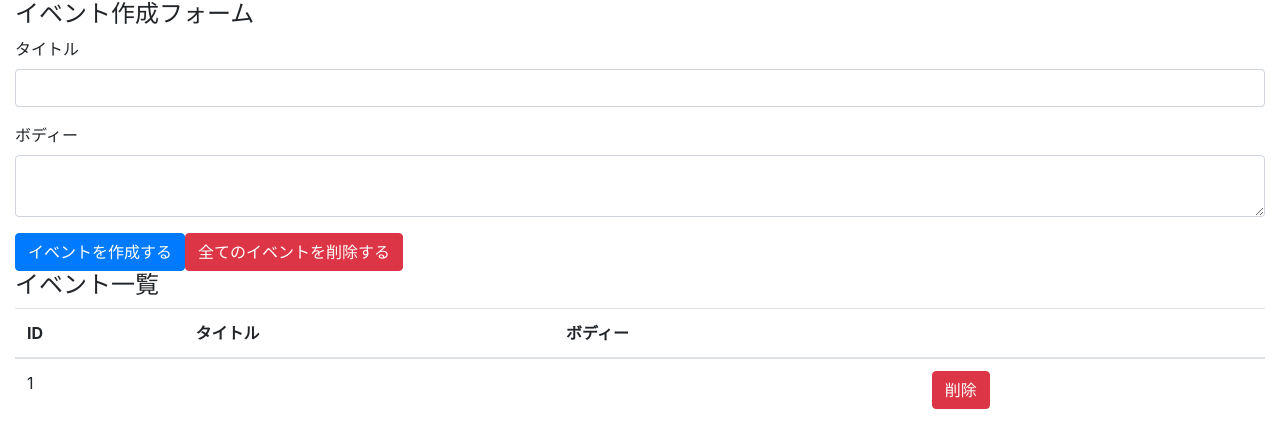
Repository: yujiuehara/my-app
Page: /, after clicking the first element matching `button.btn`
These files come from the project's save history. The page is drawn as it stood at one moment and after a run of saves; the edit follows.
The browser window is 1280 px wide. The pictures show the whole page.
The project was rebuilt for these pictures with package versions that can differ from the ones it lists, and the page was loaded fresh each time.

Above is the page before, as saved 2020-05-04 16:40:42.

### src/components/App.js
import React, { useReducer, useState } from 'react'

import 'bootstrap/dist/css/bootstrap.min.css'

import Event from './Event'
import reducer from '../reducers'

const App = () => {
  const [state, dispatch] = useReducer(reducer, [])
  const [title, setTitle] = useState('')
  const [body, setBody] = useState('')

  const addEvent = e => {
    e.preventDefault()

    dispatch({
     type: 'CREATE_EVENT',
     title,
     body
    })

    setTitle('')
    setBody('')
  }

  const deleteAllEvents = e => {
    e.preventDefault()
    dispatch({ type: 'DELETE_ALL_EVENTS' })
  }

  return (
    <div className="container-fluid">
      <h4>イベント作成フォーム</h4>
      <form>
        <div className="form-group">
          <label htmlFor="formEventTitle">タイトル</label>
          <input className="form-control" id="formEventTitle" value={title} onChange={e => setTitle(e.target.value)}/>
        </div>

        <div className="form-group">
          <label htmlFor="formEventBody">ボディー</label>
          <textarea className="form-control" id="formEventBody" value={body} onChange={e => setBody(e.target.value)}/>
        </div>

        <button className="btn btn-primary" onClick={addEvent}>イベントを作成する</button>
        <button className="btn btn-danger" onClick={deleteAllEvents}>全てのイベントを削除する</button>
      </form>

      <h4>イベント一覧</h4>
      <table className="table table-hover">
        <thead>
          <tr>
            <th>ID</th>
            <th>タイトル</th>
            <th>ボディー</th>
            <th></th>
          </tr>
        </thead>
        <tbody>
          {state.map((event, index) => (<Event key={index} event={event} dispatch={dispatch} />))}
        </tbody>
      </table>
    </div>
  )
}

export default App

### src/components/Event.js
import React from 'react'

const Event = ({dispatch,event}) => {
    const id= event.id
    const handleClickDeleteButton = () => {
        dispatch({type: 'DELETE_EVENT', id })
    }

    return(
    <tr>
        <td>{id}</td><td>{event.title}</td>
        <td>{event.body}</td>
        <td><button type="button" className="btn btn-danger" onClick={handleClickDeleteButton}>削除</button></td>
    </tr>
    )
}

export default Event

### src/reducers/index.js
// action = {
//   type: 'CREATE_EVENT',
//   title: '2020東京オリンピックのお知らせ',
//   body: '2020年に東京オリンピックを開催します！つきましては、、、、'
//}
const events = (state = [], action) => {
    switch(action.type){
        case 'CREATE_EVENT':
            const event = {title: action.title, body: action.body}
            const length = state.length
            const id = length === 0 ? 1 : state[length -1].id + 1
            return [...state, {id, ...event}]
        case 'DELETE_EVENT':
            return state.filter(event => event.id !== action.id)
        case 'DELETE_ALL_EVENTS':
            return []
        default:
            return state
    }
}

export default events

Loaded but not shown: public/index.html (common file); src/index.js (common file); src/index.css (common file); src/serviceWorker.js (common file)

After the next 2 saves:
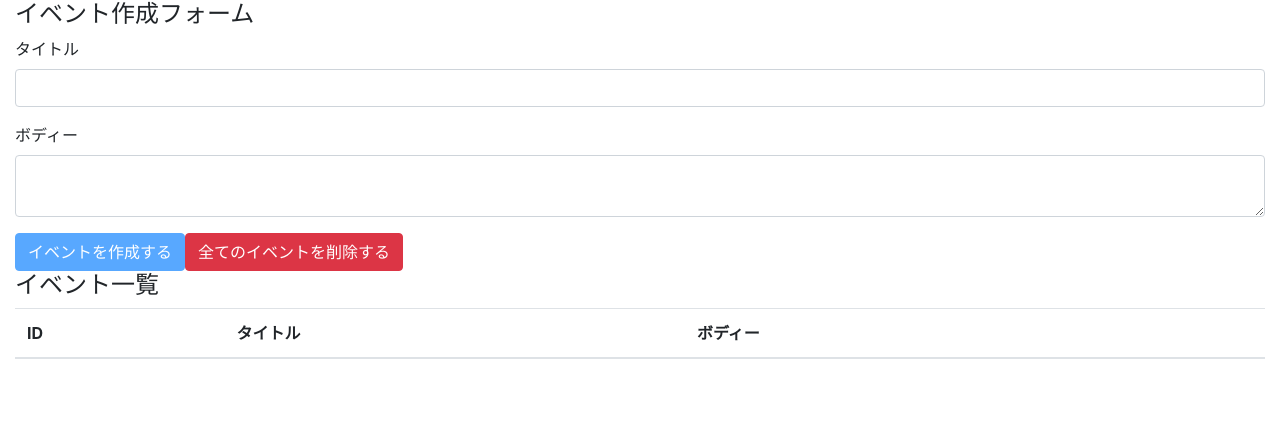
The 2 saves are shown as one change because 1 did not build or start.
The last was saved 6 min 41 s later.
--- a/src/components/App.js
+++ b/src/components/App.js
@@ -28,6 +28,8 @@ const App = () => {
     dispatch({ type: 'DELETE_ALL_EVENTS' })
   }
 
+  const unCreatable = title === '' || body === ''
+
   return (
     <div className="container-fluid">
       <h4>イベント作成フォーム</h4>
@@ -42,7 +44,7 @@ const App = () => {
           <textarea className="form-control" id="formEventBody" value={body} onChange={e => setBody(e.target.value)}/>
         </div>
 
-        <button className="btn btn-primary" onClick={addEvent}>イベントを作成する</button>
+        <button className="btn btn-primary" onClick={addEvent} disabled={unCreatable}>イベントを作成する</button>
         <button className="btn btn-danger" onClick={deleteAllEvents}>全てのイベントを削除する</button>
       </form>
 
